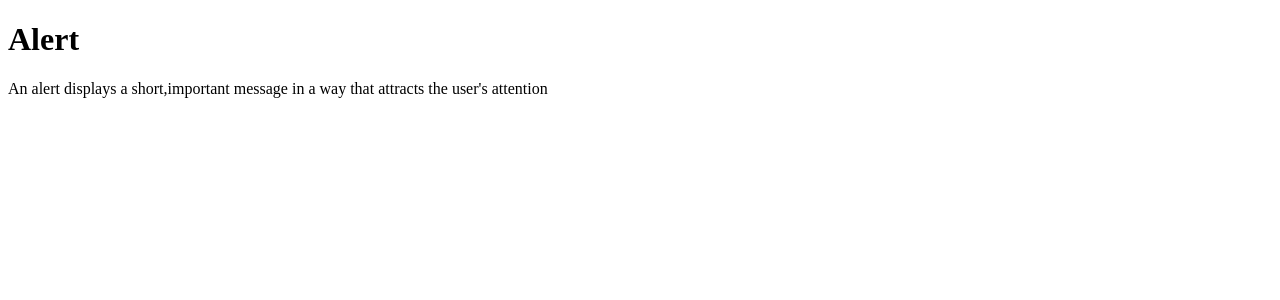
Repository: Anasooya2601/Components_UI
Page: components/Alert/Alert.html
The author's editor kept a copy of each file at every save. The page is drawn from the files as they stood at one save, then again after the next save.
The browser window is 1280 px wide. The pictures show the whole page.

Above is the page before, as saved 2022-02-12 00:20:53.

### components/Alert/Alert.html
<!DOCTYPE html>
<html lang="en">
<head>
    <meta charset="UTF-8">
    <meta http-equiv="X-UA-Compatible" content="IE=edge">
    <meta name="viewport" content="width=device-width, initial-scale=1.0">
    <title>Alert</title>
</head>
<body>
    <div class="main">
        <div class="main-header">
            <div>
                <h1 class="main-header-text">Alert</h1>
            </div>
            <p>An alert displays a short,important message in a way that attracts the user's attention</p>
        </div>
    </div>
    <div class="main-content">

    </div>
</body>
</html>

After the next save:
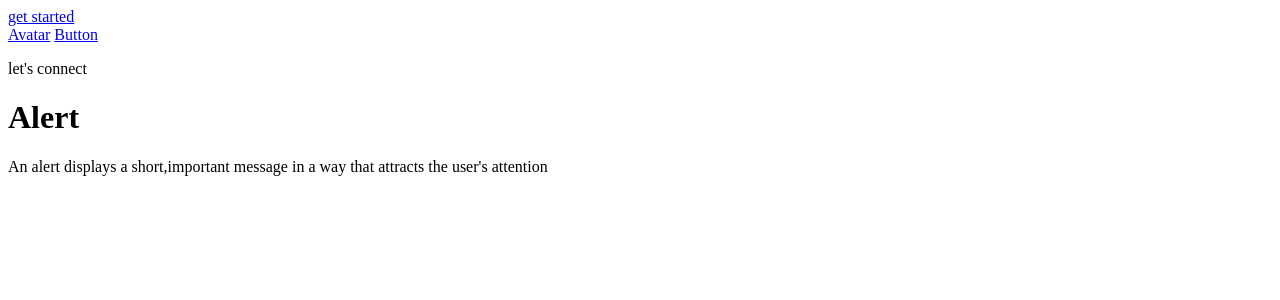
Saved 7 min 19 s later.
--- a/components/Alert/Alert.html
+++ b/components/Alert/Alert.html
@@ -6,7 +6,32 @@
     <meta name="viewport" content="width=device-width, initial-scale=1.0">
     <title>Alert</title>
 </head>
-<body>
+<body><!-- main -->
+    <div class="main-container">
+        <div class="navbar-wrapper">
+
+            <div class="nav">
+                <div class="navbar-header">
+                <div class="logo">
+                    <a href="/index.html"></a>
+                 </div>
+                </div>
+            </div>
+
+        <!-- topics -->
+        <a href="/main/main.html" class="text">get started</a>
+        <div class="navbar-main">
+            <a href="/components/Avatar/index.html">Avatar</a>
+            <a href="/components/Button/button.html">Button</a>
+        </div>
+        <!-- footer -->
+        <div class="footer">
+            <div class="footer-text">
+                <p>let's connect</p>
+            </div>
+        </div>
+        </div>
+    </div>
     <div class="main">
         <div class="main-header">
             <div>
